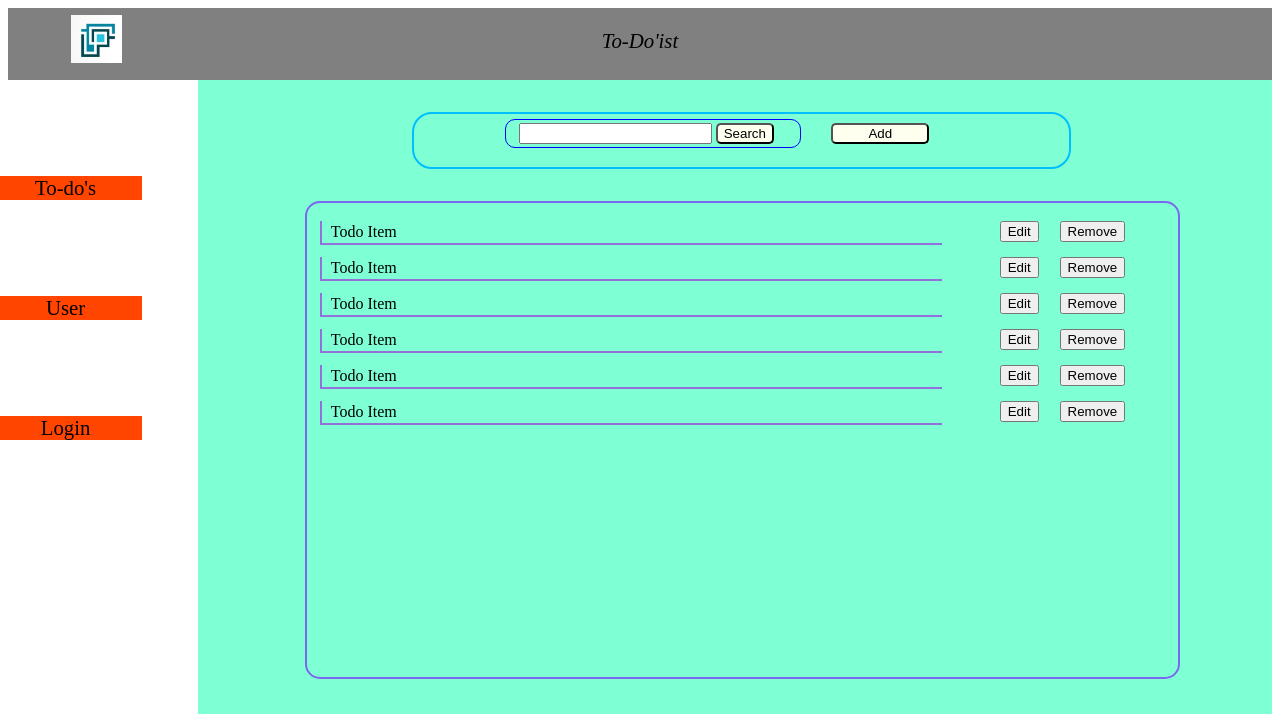
Repository: tavisca-pkadam/Todo-Website
Page: home.html
The author's editor kept a copy of each file at every save. The page is drawn from the files as they stood at one save, then again after a run of saves.
The browser window is 1280 px wide. The pictures show the whole page.

Above is the page before, as saved 2019-08-20 08:46:00.

After the next 3 saves:
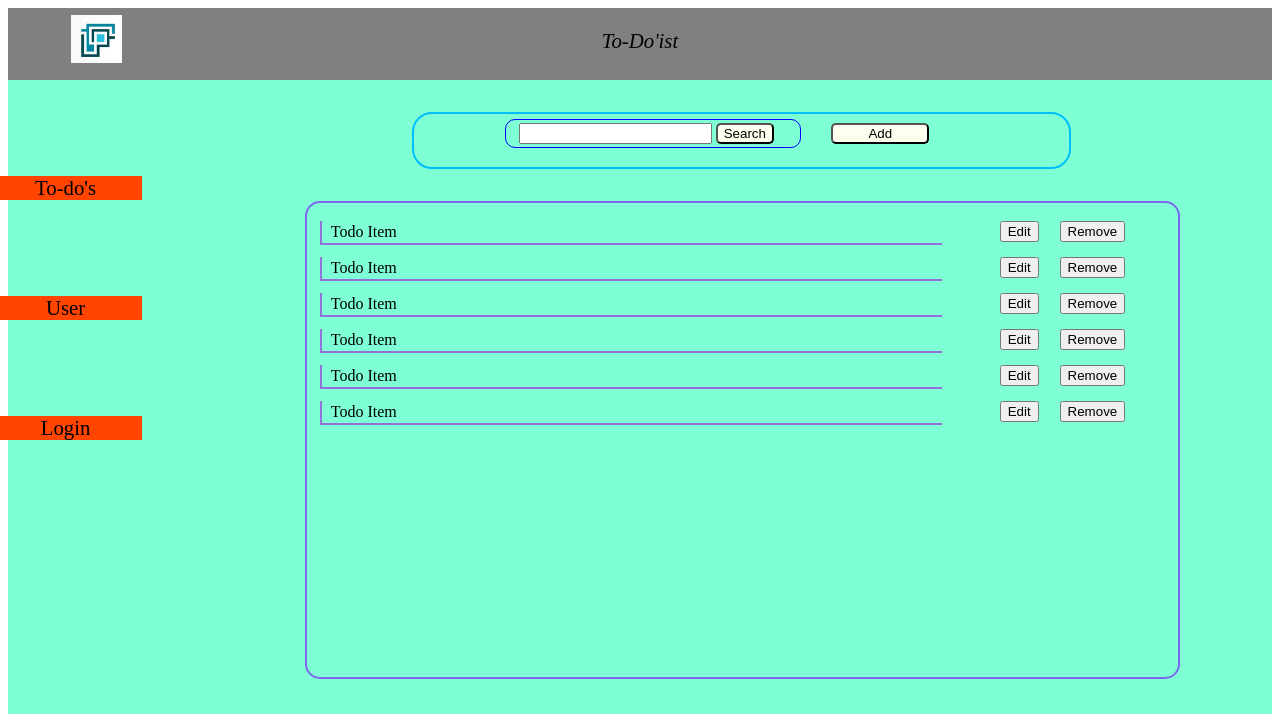
The 3 saves are shown as one change because they came seconds apart.
The last was saved 25 s later.
--- a/main.css
+++ b/main.css
@@ -25,7 +25,7 @@
 #side_nav {
     position: fixed;
     width: 15%;
-    /* background-color: cornflowerblue; */
+    background-color: aquamarine;
     height: 88vh;
 }
 
